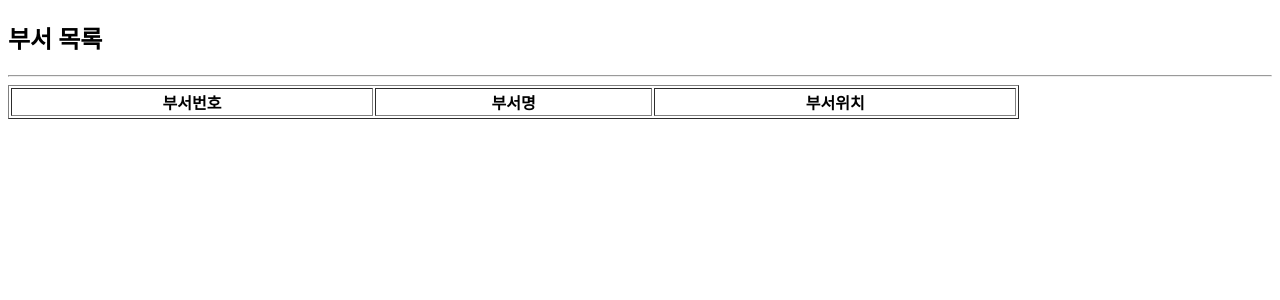
Repository: Jin0207/spring
Page: http://localhost/day0119_deptTest/listDept.do
An editor plug-in stored every save of this project. The page is shown before and after the next save, followed by the edit.
The browser window is 1280 px wide. The pictures show the whole page.
The page is served by Tomcat 9. Queries for data that is not in the repository find no rows.

Above is the page before, as saved 2022-01-19 05:35:28.

### day0119_deptTest/src/main/webapp/WEB-INF/sist-servlet.xml
<?xml version="1.0" encoding="UTF-8"?>
<beans xmlns="http://www.springframework.org/schema/beans"
	xmlns:xsi="http://www.w3.org/2001/XMLSchema-instance"
	xsi:schemaLocation="http://www.springframework.org/schema/beans http://www.springframework.org/schema/beans/spring-beans.xsd">

	<bean id="deptDAO" class="com.sist.dao.DeptDAO"/>
	<bean class="com.sist.controller.ListDeptController">
		<property name="dao" ref="deptDAO"/>
	</bean>

	<bean class="com.sist.controller.InsertDeptController">
		<property name="dao" ref="deptDAO"/>
	</bean>

	<bean id="viewResolver" class="org.springframework.web.servlet.view.InternalResourceViewResolver">
		<property name="prefix" value="/WEB-INF/views/"/>
		<property name="suffix" value=".jsp"/>
	</bean>
</beans>

### day0119_deptTest/src/main/webapp/WEB-INF/views/listDept.jsp
<%@ page language="java" contentType="text/html; charset=EUC-KR"
    pageEncoding="EUC-KR"%>
<%@ taglib prefix="c" uri="http://java.sun.com/jsp/jstl/core" %>
<!DOCTYPE html>
<html>
<head>
<meta charset="EUC-KR">
<title>Insert title here</title>
</head>
<body>
	<h2>부서 목록</h2>
	<hr>
	<table border="1" width="80%">
		<tr>
			<th>부서번호</th>
			<th>부서명</th>
			<th>부서위치</th>
		</tr>
		<c:forEach var="d" items="${list }">
			<tr>
				<td>${d.dno }</td>
				<td>${d.dname }</td>
				<td>${d.dloc }</td>
			</tr>
		</c:forEach>
	</table>
</body>
</html>

### day0119_deptTest/src/main/java/com/sist/dao/DeptDAO.java
package com.sist.dao;

import java.sql.Connection;
import java.sql.PreparedStatement;
import java.sql.ResultSet;
import java.sql.Statement;
import java.util.ArrayList;

import com.sist.db.ConnectionProvider;
import com.sist.vo.DeptVO;

public class DeptDAO {

	public int insert(DeptVO d) {
		int re = -1;
		Connection conn = null;
		PreparedStatement pstmt = null;
		String sql = "insert into dept values(?,?,?)";

		try {
			conn = ConnectionProvider.getConnection();
			pstmt = conn.prepareStatement(sql);
			pstmt.setInt(1, d.getDno());
			pstmt.setString(2, d.getDname());
			pstmt.setString(3, d.getDloc());
			re = pstmt.executeUpdate();

		} catch (Exception e) {
			System.out.println("예외발생:" + e.getMessage());
		}finally {
			ConnectionProvider.close(conn, pstmt);
		}
		return re;
	}

	public ArrayList<DeptVO> listDept(){
		ArrayList<DeptVO> list = new ArrayList<DeptVO>();
		String sql = "select * from dept order by dno";
		Connection conn = null;
		Statement stmt = null;
		ResultSet rs = null;

		try {
			conn = ConnectionProvider.getConnection();
			stmt = conn.createStatement();
			rs = stmt.executeQuery(sql);

			while(rs.next()) {
				DeptVO d = new DeptVO(rs.getInt(1), rs.getString(2), rs.getString(3));
				list.add(d);
			}
		} catch (Exception e) {
			System.out.println("예외발생:" + e.getMessage());
		}finally {
			ConnectionProvider.close(conn, stmt, rs);
		}

		return list;
	}
}

### day0119_deptTest/src/main/java/com/sist/controller/ListDeptController.java
package com.sist.controller;

import java.util.ArrayList;

import org.springframework.stereotype.Controller;
import org.springframework.web.bind.annotation.RequestMapping;
import org.springframework.web.servlet.ModelAndView;

import com.sist.dao.DeptDAO;
import com.sist.vo.DeptVO;

@Controller
public class ListDeptController {

	private DeptDAO dao;

	public void setDao(DeptDAO dao) {
		this.dao = dao;
	}

	@RequestMapping("/listDept.do")
	public ModelAndView listDept() {
		ModelAndView mav = new ModelAndView();
		/*
		ArrayList<DeptVO> list = dao.listDept();
		mav.addObject("list", list);
		*/
		mav.addObject("list", dao.listDept());
		mav.setViewName("listDept");
		return mav;
	}
}

### day0119_deptTest/src/main/java/com/sist/controller/InsertDeptController.java
package com.sist.controller;

import org.springframework.context.annotation.Bean;
import org.springframework.stereotype.Controller;
import org.springframework.web.bind.annotation.RequestMapping;
import org.springframework.web.bind.annotation.RequestMethod;
import org.springframework.web.servlet.ModelAndView;

import com.sist.dao.DeptDAO;
import com.sist.vo.DeptVO;

@Controller
@RequestMapping("/insertDept.do")
public class InsertDeptController {

	private DeptDAO dao;

	public void setDao(DeptDAO dao) {
		this.dao = dao;
	}

	//@RequestMapping(value= "/insertDept.do", method= RequestMethod.GET)
	@RequestMapping(method= RequestMethod.GET)
	//public ModelAndView form() {
	public void form() {
		//ModelAndView mav = new ModelAndView("insertDept");
		//mav.setViewName("insertDept");
		//return mav;

		//따로 뷰를 설정하지 않고 리턴하는 값이 없으면 내가 요청하는 값으로 자동설정된다.
	}

	//@RequestMapping(value = "/insertDeptOK.do", method = RequestMethod.POST)
	@RequestMapping(method = RequestMethod.POST)
	public ModelAndView submit(DeptVO d) { //Command Object
		ModelAndView mav = new ModelAndView();
		int re = dao.insert(d);

		if(re == 1) {
			mav.setViewName("insertDeptOK");
		}else {
			mav.addObject("msg", "부서등록에 실패하였습니다.");
			mav.setViewName("error");
		}

		return mav;
	}
}

### day0119_deptTest/src/main/java/com/sist/vo/DeptVO.java
package com.sist.vo;

public class DeptVO {
	private int dno;
	private String dname;
	private String dloc;

	public DeptVO() {
		super();
		// TODO Auto-generated constructor stub
	}
	public DeptVO(int dno, String dname, String dloc) {
		super();
		this.dno = dno;
		this.dname = dname;
		this.dloc = dloc;
	}

	public int getDno() {
		return dno;
	}
	public void setDno(int dno) {
		this.dno = dno;
	}
	public String getDname() {
		return dname;
	}
	public void setDname(String dname) {
		this.dname = dname;
	}
	public String getDloc() {
		return dloc;
	}
	public void setDloc(String dloc) {
		this.dloc = dloc;
	}


}

### day0119_deptTest/src/main/java/com/sist/db/ConnectionProvider.java
package com.sist.db;

import java.sql.Connection;
import java.sql.DriverManager;
import java.sql.ResultSet;
import java.sql.Statement;

public class ConnectionProvider {

	public static Connection getConnection() {
		Connection conn = null;
		String driver = "oracle.jdbc.driver.OracleDriver";
		String url = "jdbc:oracle:thin:@localhost:1521:XE";
		String username = "c##madang";
		String password = "madang";
		try {
			Class.forName(driver);
			conn = DriverManager.getConnection(url, username, password);
		} catch (Exception e) {
			e.getStackTrace();
		}
		return conn;
	}

	public static void close(Connection conn, Statement stmt, ResultSet rs) {
		try {
			if(rs != null) {
				rs.close();
			}
			if(stmt != null) {
				stmt.close();
			}
			if(conn != null) {
				conn.close();
			}
		} catch (Exception e) {

		}
	}
	public static void close(Connection conn, Statement stmt) {
		try {
			if(stmt != null) {
				stmt.close();
			}
			if(conn != null) {
				conn.close();
			}
		} catch (Exception e) {

		}
	}

}

After the next save:
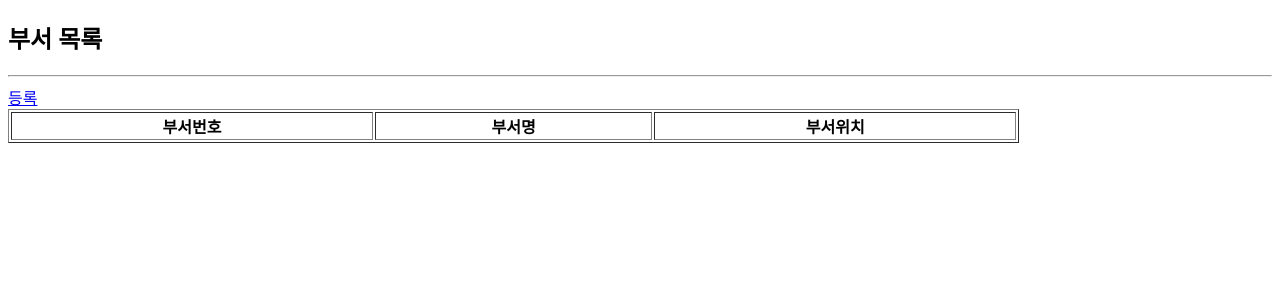
Saved 41 s later.
--- a/day0119_deptTest/src/main/webapp/WEB-INF/views/listDept.jsp
+++ b/day0119_deptTest/src/main/webapp/WEB-INF/views/listDept.jsp
@@ -10,6 +10,7 @@
 <body>
 	<h2>부서 목록</h2>
 	<hr>
+	<a href="insertDept.do">등록</a><br>
 	<table border="1" width="80%">
 		<tr>
 			<th>부서번호</th>
